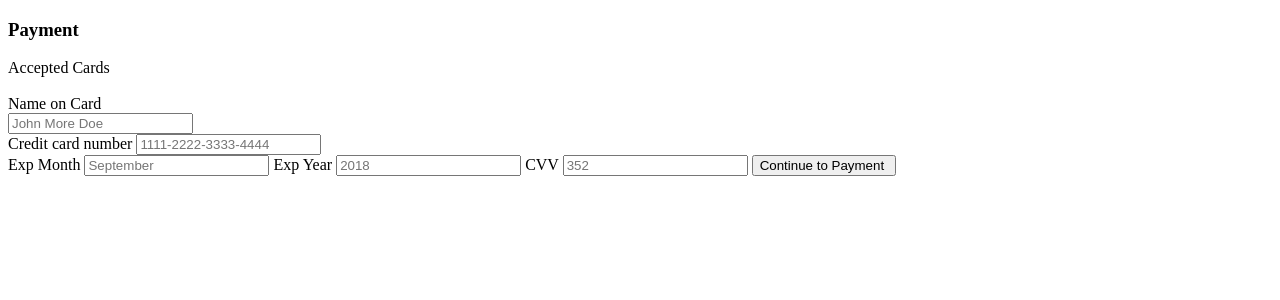
Repository: Shivani2392/FlyAwayProject
Page: http://localhost/FlightBookingPortal/Payement.jsp
An editor plug-in stored every save of this project. The page is shown before and after the next save, followed by the edit.
The browser window is 1280 px wide. The pictures show the whole page.
The page is served by Tomcat 9. Other server files are loaded and not shown.

Above is the page before, as saved 2020-11-21 15:24:25.

### FlightBookingPortal/src/main/webapp/Payement.jsp
<%@ page language="java" contentType="text/html; charset=ISO-8859-1"
    pageEncoding="ISO-8859-1"%>
<!DOCTYPE html>
<html>
<head>
<meta charset="ISO-8859-1">
<title>Enter your Payment Details</title>


</head>
<body>
          <form action="PaymentService" method="post">
            <h3>Payment</h3>
            <label for="fname">Accepted Cards</label> <br><br>
            <label for="cname">Name on Card</label><br>
            <input type="text" id="cname" name="cardname" placeholder="John More Doe"><br>
            <label for="ccnum">Credit card number</label>
            <input type="text" id="ccnum" name="cardnumber" placeholder="1111-2222-3333-4444"><br>
            <label for="expmonth">Exp Month</label>
            <input type="text" id="expmonth" name="expmonth" placeholder="September">

                <label for="expyear">Exp Year</label>
                <input type="text" id="expyear" name="expyear" placeholder="2018">

                <label for="cvv">CVV</label>
                <input type="text" id="cvv" name="cvv" placeholder="352">
        <input type="submit" value="Continue to Payment " class="btn">
      </form>

</body>
</html>

After the next save:
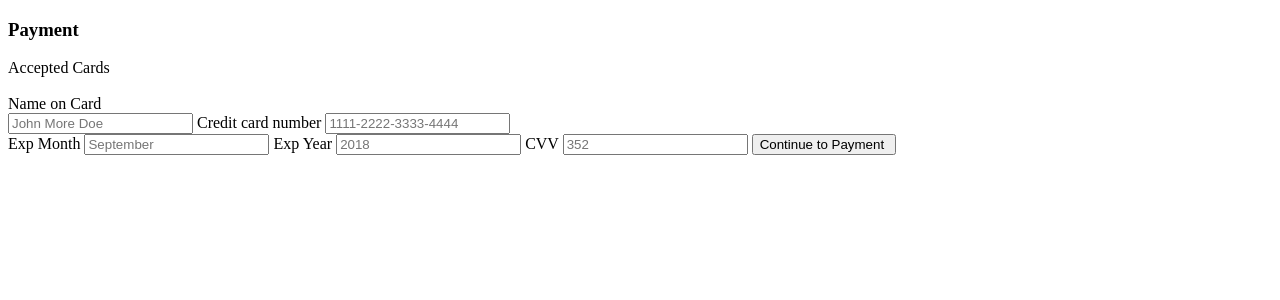
Saved 23 s later.
--- a/FlightBookingPortal/src/main/webapp/Payement.jsp
+++ b/FlightBookingPortal/src/main/webapp/Payement.jsp
@@ -13,7 +13,7 @@
             <h3>Payment</h3>
             <label for="fname">Accepted Cards</label> <br><br>
             <label for="cname">Name on Card</label><br>
-            <input type="text" id="cname" name="cardname" placeholder="John More Doe"><br>
+            <input type="text" id="cname" name="cardname" placeholder="John More Doe">
             <label for="ccnum">Credit card number</label>
             <input type="text" id="ccnum" name="cardnumber" placeholder="1111-2222-3333-4444"><br>
             <label for="expmonth">Exp Month</label>
